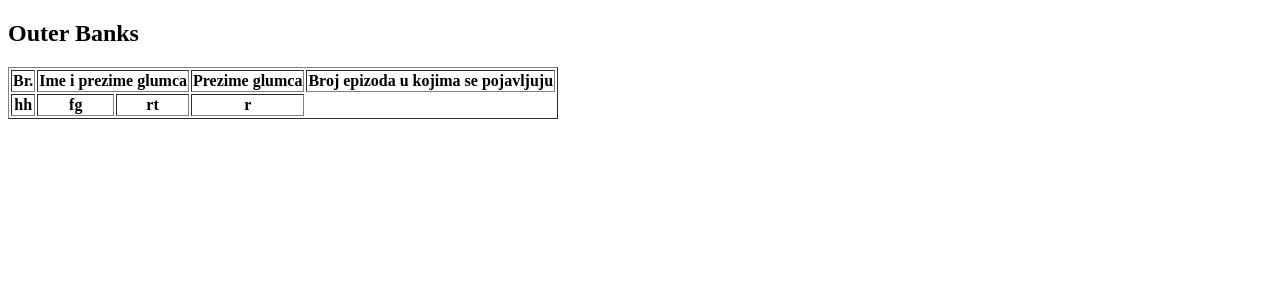
Repository: larabiondic/wp_biondic_lara
Page: Domace zadace/Zadaća.2.html
An editor plug-in stored every save of this project. The page is shown before and after the next save, followed by the edit.
The browser window is 1280 px wide. The pictures show the whole page.

Above is the page before, as saved 2025-11-03 20:00:00.

After the next save:
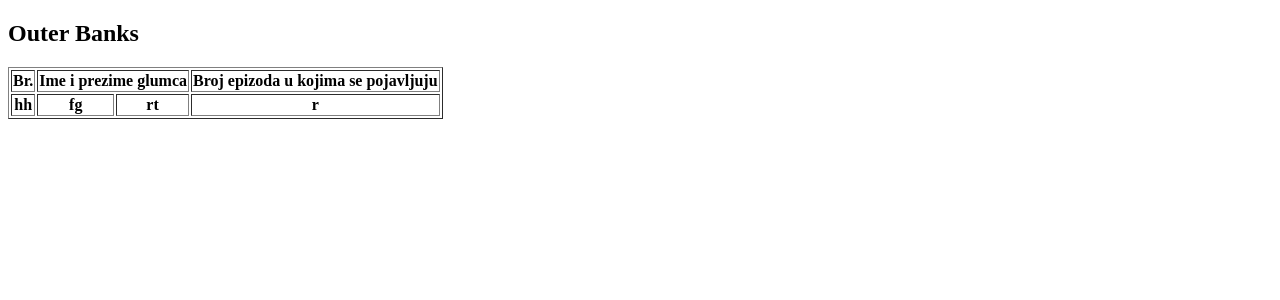
Saved 11 s later.
--- a/Domace zadace/Zadaća.2.html
+++ b/Domace zadace/Zadaća.2.html
@@ -13,7 +13,6 @@
         <tr>
             <th>Br.</th>
             <th colspan="2">Ime i prezime glumca</th>
-            <th>Prezime glumca</th>
             <th>Broj epizoda u kojima se pojavljuju</th>
         </tr>
         <tr>
